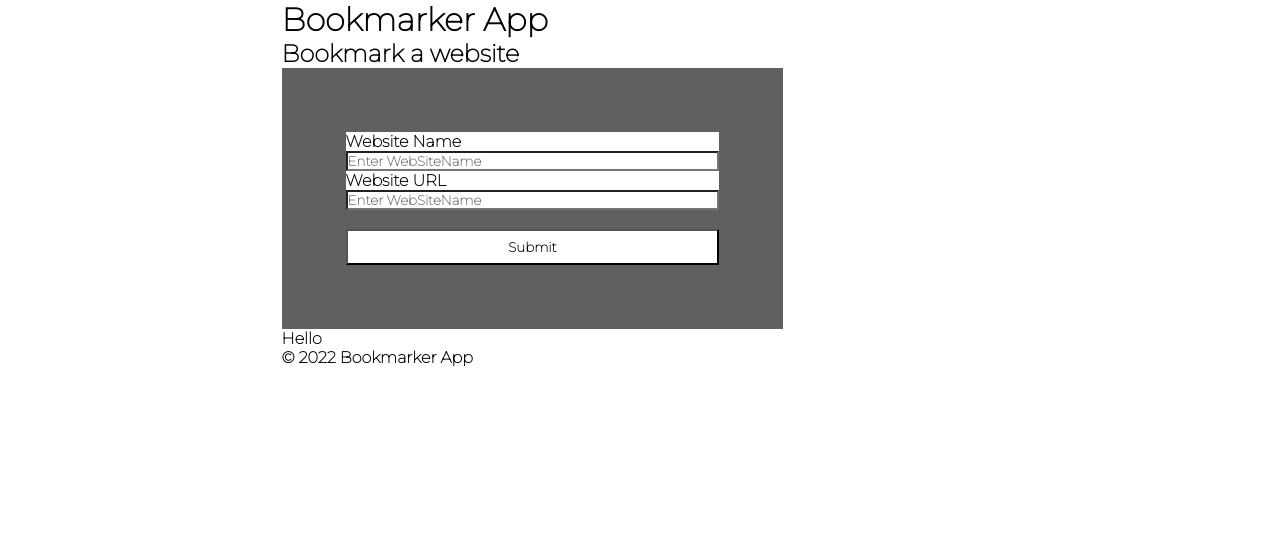
Repository: Suporl9/BookMarkerApp
Page: index.html
The author's editor kept a copy of each file at every save. The page is drawn from the files as they stood at one save, then again after the next save.
The browser window is 1280 px wide. The pictures show the whole page.

Above is the page before, as saved 2021-11-21 17:47:23.

### index.html
<!DOCTYPE html>
<html lang="en">
  <head>
    <meta charset="UTF-8" />
    <meta http-equiv="X-UA-Compatible" content="IE=edge" />
    <meta name="viewport" content="width=device-width, initial-scale=1.0" />
    <link rel="stylesheet" href="./style.css" />
    <title>Document</title>
  </head>
  <body>
    <div class="container">
      <div class="innerContainer">
        <div class="bookmarkerSection"><h1>Bookmarker App</h1></div>
        <div class="vh"></div>
        <div class="formInput">
          <form class="formSec">
            <h2>Bookmark a website</h2>
            <div class="sitesec">
              <label class="labc" name="siteName">Website Name</label>
              <input
                type="text"
                name="sitename"
                placeholder="Enter WebSiteName"
                class="inpClass"
              />
              <label class="labc" name="siteName">Website URL</label>
              <input
                type="text"
                name="sitename"
                class="inpClass"
                placeholder="Enter WebSiteName"
              />
              <button class="submBtn">Submit</button>
            </div>
          </form>
        </div>
        <div class="toBeAdded">Hello</div>
        <footer class="footer">
          <p>&copy; 2022 Bookmarker App</p>
        </footer>
      </div>
    </div>
  </body>
</html>

### style.css
@import url("https://fonts.googleapis.com/css2?family=Montserrat:wght@100&display=swap");

:root {
  --main-bg-color: rgb(255, 255, 255);
  --main-grey: rgb(97, 96, 95);
}
* {
  background-color: var(--main-bg-color);
  font-family: "Montserrat", sans-serif;
  box-sizing: border-box; /* includes padding in height and width(the box outside doesnot get bigger when adding padding and stuff)*/
  margin: 0;
  padding: 0;
  font-weight: bold;
  /* border: none; */
}
.container {
  margin: auto;
  width: 80%;
  display: flex;
  justify-content: center;
}
.innerContainer,
.formSec {
  display: flex;
  flex-direction: column;
  width: 70%;
}
.sitesec {
  display: flex;
  flex-direction: column;
  background-color: var(--main-grey);
  padding: 4rem;
}
.submBtn {
  margin-top: 5%;
  padding: 0.5rem;
}
.inpClass,
class="labc" {
  margin-top: 5%;
  padding: 2%;
}
/* .formSec,
.sitesec {
  display: flex;
  flex-direction: column;
} */
/* .sitesec {
  display: flex;
  flex-direction: column;
}
 */

After the next save:
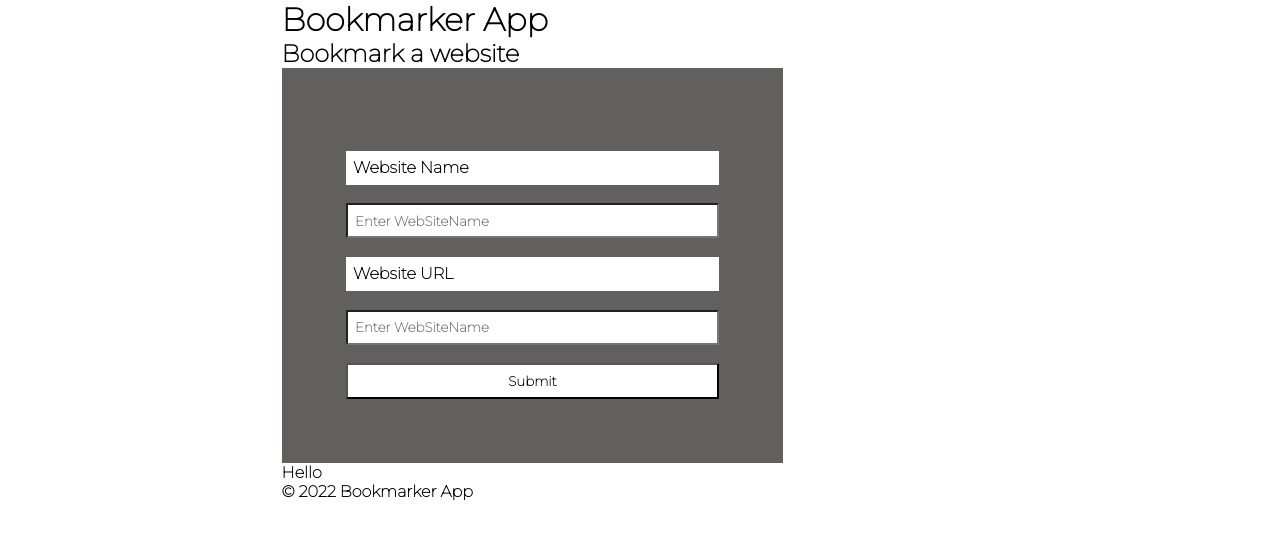
Saved 11 s later.
--- a/style.css
+++ b/style.css
@@ -36,7 +36,7 @@
   padding: 0.5rem;
 }
 .inpClass,
-class="labc" {
+.labc {
   margin-top: 5%;
   padding: 2%;
 }
